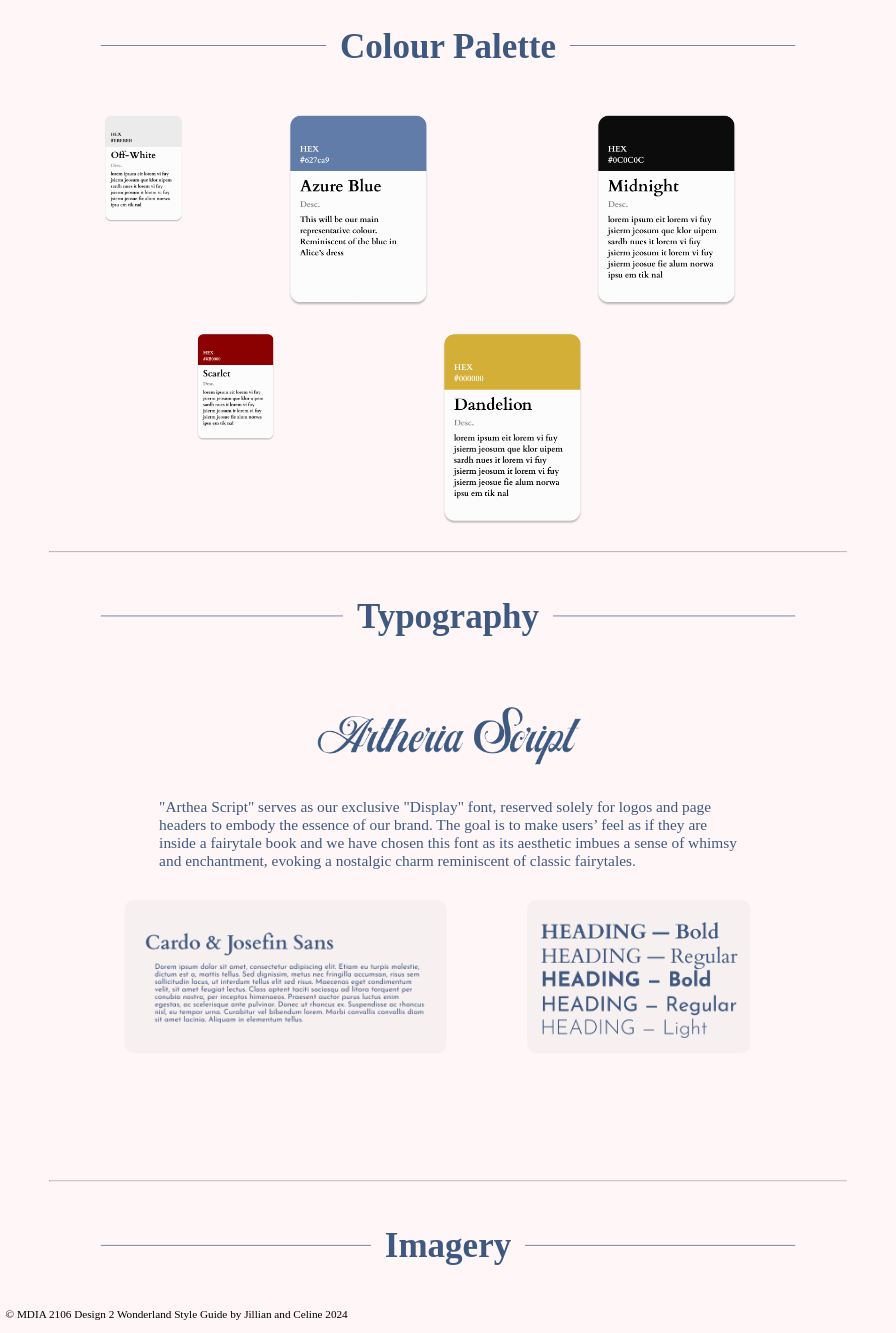
Repository: MeowCeline00/styleguide_wonder
Page: index.html
These files come from the project's save history. The page is drawn as it stood at one moment and after a run of saves; the edit follows.
The browser window is 1280 px wide. The pictures show the part of the page from y = 1768 to 3688 px (the page is 3672 px tall before and 3688 px after), at 70% of full size.

Above is the page before, as saved 2024-04-09 22:01:42.

### index.html
<!DOCTYPE html>
<html lang="en">
<head>
    <meta charset="UTF-8">
    <meta name="viewport" content="width=device-width, initial-scale=1.0">
    <title>Wonderland Style Guide</title>
    <link rel="stylesheet" href="styles/styles.css">
</head>
<body>

    <header>
        <nav>
            <ul>
                <li><a href="#home">Home</a></li>
                <li><a href="#logo">Logo</a></li>
                <li><a href="#color-variations">Color Variations</a></li>
                <li><a href="#typography">Typography</a></li>
                <li><a href="#imagery">Imagery</a></li>
            </ul>
        </nav>
        <hr style="width: 90%;" />

    </header>

    <main>
        <section id="home">
            <div class="row">
                <div class="column">
                  <img src="./images/alice_icon.png" alt="alice_icon" style="width:100%">
                </div>
                <div class="column">
                  <img src="./images/main.png" alt="main_logo" style="width:100%">
                </div>
              </div>
        </section>

        <div class="title-container">
            <div class="line"></div>
            <h2 class="title">Logo Variations</h2>
            <div class="line"></div>
        </div>

        <section id="logo">
            <div class="secondpage">
              <div class="mockup">
                <img src="./images/mockup.png" alt="mockup" style="width: 600px;">
              </div>
              <div class="divider"></div>
              <div class="logo_blue">
                <img src="./images/logo_blue.png" alt="logo_blue" style="width: 400px;">
              </div>
            </div>
            <div class="blacknwhite">
                <img src="./images/rabbit_bw.png" alt="rabbit_bw" style="width: 30%;">
            </div>
          </section>

          <hr style="width: 90%;" />

        <section id="color-variations">
             <div class="title-container">
            <div class="line"></div>
            <h2 class="title">Colour Palette</h2>
            <div class="line"></div>
        </div>

            <div class="color_palette">
                <img src="./images/off_white.png" alt="off_white" class="color_guide_img color_guide_item--1">
                <img src="./images/azure_blue.png" alt="azure_blue" class="color_guide_img color_guide_item--2">
                <img src="./images/midnight.png" alt="midnight" class="color_guide_img color_guide_item--3">
                <img src="./images/scarlet.png" alt="scarlet" class="color_guide_img color_guide_item--4">
                <img src="./images/dandelion.png" alt="dandelion" class="color_guide_img color_guide_item--5">
            </div>
            <hr style="width: 90%;" />

        </div>
        </section>

        <section id="typography">
            <div class="title-container">
                <div class="line"></div>
                <h2 class="title">Typography</h2>
                <div class="line"></div>
            </div>

            <div class="typo_img">
                <img src="./images/typo.png" alt="typo" style="width: 30%;">
            </div>

            <div class="typo_paragraph">
                <p>"Arthea Script" serves as our exclusive "Display" font, reserved solely for logos and page <br /> headers to embody the essence of our brand. The goal is to make users’ feel as if they are <br /> inside a fairytale book and we have chosen this font as its aesthetic imbues a sense of whimsy <br /> and enchantment, evoking a nostalgic charm reminiscent of classic fairytales.</p>
            </div>

            <div class="font_style">
                <div class="font">
                    <img src="./images/cardo.png" alt="cardo" style="width: 80%;">
                </div>
                <div class="heading">
                    <img src="./images/heading.png" alt="heading" style="width: 80%;">
                </div>
            </div>

            <hr style="width: 90%;" />

        </section>

        <section id="imagery">

            <div class="title-container">
                <div class="line"></div>
                <h2 class="title">Imagery</h2>
                <div class="line"></div>
            </div>

        </section>

    </main>


    <footer>
        <p>© MDIA 2106 Design 2 Wonderland Style Guide by Jillian and Celine 2024</p>
    </footer>


<button id="back-to-top" title="Go to top">Top</button>

<script>
  document.addEventListener('DOMContentLoaded', function() {
    if (document.body.scrollTop > 20 || document.documentElement.scrollTop > 20) {
      document.body.classList.remove('top');
    } else {
      document.body.classList.add('top');
    }
  });

  var mybutton = document.getElementById('back-to-top');

  window.onscroll = function() {
    scrollFunction();
  };

  function scrollFunction() {
    if (document.body.scrollTop > 20 || document.documentElement.scrollTop > 20) {
      document.body.classList.remove('top');
    } else {
      document.body.classList.add('top');
    }
  }

  mybutton.onclick = function() {
    document.body.scrollTop = 0;
    document.documentElement.scrollTop = 0;
  };
</script>

</body>
</html>

</body>
</html>

### styles/styles.css
.row {
    display: flex;
    justify-content: center;
    align-items: center;
  }

  .column {
    flex: 1;
    padding-left: 20px;
    padding-right: 20px;
    padding-top: 30px;
    padding-bottom: 50px;
  }

  .column img {
    width: 100%;
    max-width: 600px;
    height: auto;
    margin: 10px;
  }


  header {
    text-align: center;
    padding: 25px 0;
  }

  nav ul {
    list-style: none;
    display: inline-block;
    padding: 10px;
    font-family: 'Josefin Sans', sans-serif;
  }

  nav li {
    display: inline;
    margin-right: 150px;
  }

  nav a {
    text-decoration: none;
    color: #3E5880;
    font-size: 16px;
    font-weight: bold;
  }

  nav a:hover, nav a:focus {
    color: #424be9;
    text-decoration: underline solid #0c0c0c;
  }



  body {
    background-color: #FFF7F7;
  }

  .title-container {
    display: flex;
    align-items: center;
    justify-content: center;
    margin: 20px 0;
    max-width: 80%;
    margin-left: auto;
    margin-right: auto;
  }

  .line {
    flex-grow: 1;
    height: 1px;
    background-color: #3E5880;
    margin: 0 10px;
  }

  .title {
    white-space: nowrap;
    padding: 0 10px;
    color: #3E5880;
    font-size: 50px;
    font-family: "Cardo";
  }

  .secondpage {
    display: flex;
    justify-content: center;
    align-items: center;
    padding: 10px;
    padding-left: auto;
    padding-right: auto;
  }

  .mockup, .logo_blue {
    padding: 10px;
  }

  .divider {
    width: 1px;
    height: 400px;
    background-color: #3E5880;
    margin: 0 20px;
    margin-right: 140px;
  }

  .blacknwhite {
    display: flex;
    justify-content: center;
    align-items: center;
    padding-top: 60px;
  }

  #back-to-top {
    position: fixed;
    bottom: 20px;
    right: 30px;
    background-color: #3E5880;
    color: white;
    padding: 15px 10px;
    border: none;
    border-radius: 80px;
    cursor: pointer;
    opacity: 0;
    transition: opacity 0.3s;
    z-index: 1000;
  }

  body:not(.top) #back-to-top {
    opacity: 1;
  }


  .color_palette {
    display: grid;
    grid-template-columns: repeat(3, 1fr);
    grid-template-rows: auto auto;
    gap: 20px;
    justify-items: start;
    padding: 10px;
    align-items: start;
    padding-right: 200px;
  }

  .color_guide_img {
    width: 100%;
    max-width: 200px;
    height: auto;
    display: block;
    margin-bottom: 20px;
  }

  .color_palette {
    grid-template-areas:
      ". img1 . img2 . img3 ."
      ". . img4 . img5 . .";
  }

  .color_guide_item--1 { grid-area: img1; }
  .color_guide_item--2 { grid-area: img2; }
  .color_guide_item--3 { grid-area: img3; }
  .color_guide_item--4 { grid-area: img4; }
  .color_guide_item--5 { grid-area: img5; }


  .typo_img {
    display: flex;
    justify-content: center;
    align-items: center;
    padding-top: 40px;
  }

  .typo_paragraph {
    display: flex;
    justify-content: center;
    align-items: center;
    padding-top: 5px;
    font-family: "Josefin Sans";
    font-size: 16.5pt;
    color: #3E5880;
  }

  .font_style {
    display: flex;
    justify-content: center;
    align-items: center;
    padding: 10px;
    padding-top: 20px;
    padding-left: 170px;
    padding-right: 120px;
    padding-bottom: 170px;
  }

  footer {
    font-family: ;
  }

After the next 2 saves:
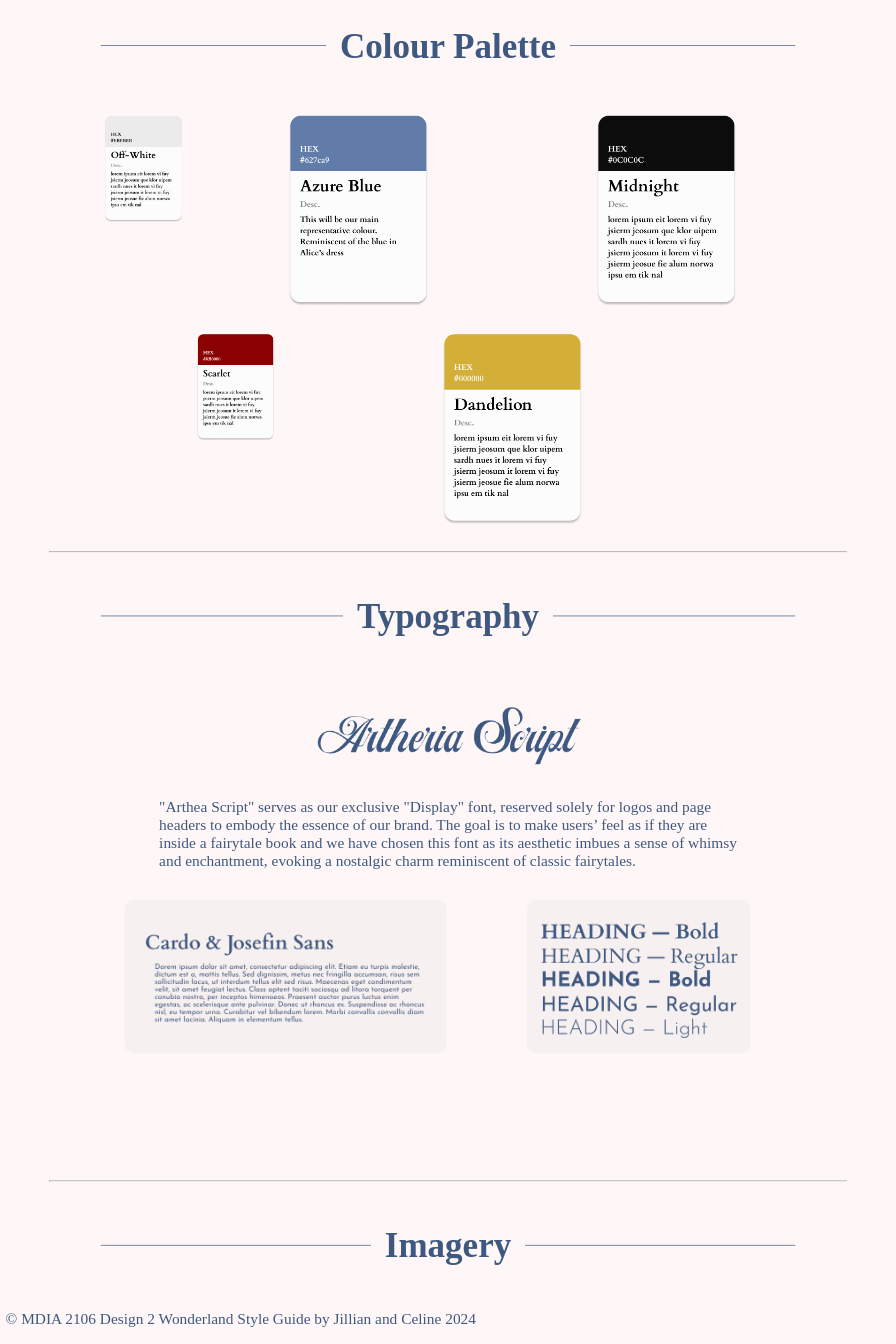
The 2 saves are shown as one change because they came seconds apart.
The last was saved 11 s later.
--- a/styles/styles.css
+++ b/styles/styles.css
@@ -189,5 +189,8 @@
   }
 
   footer {
-    font-family: ;
+    font-family: "Josefin Sans";
+    font-size: 16.5pt;
+    color: #3E5880;
+
   }
